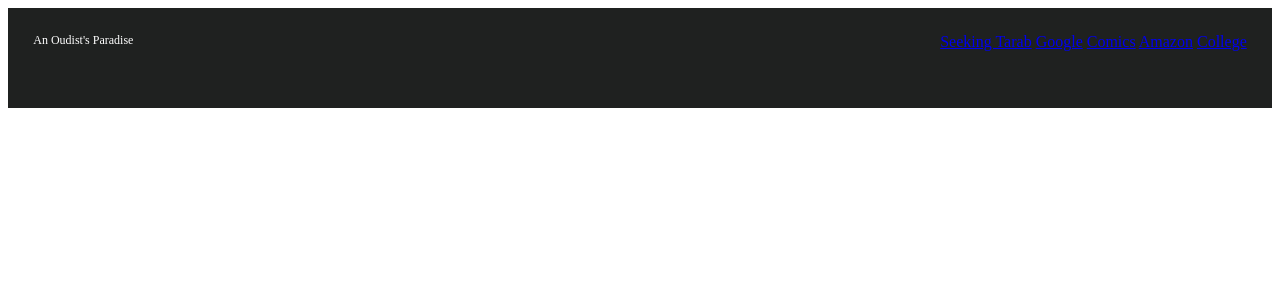
Repository: robvollmar/homework3
Page: index.html
The author's editor kept a record of every edit. The page is drawn from the files as they stood at one moment, then again after the next edit.
The browser window is 1280 px wide. The pictures show the whole page.

Above is the page before.

### index.html
<!DOCTYPE html>
<html>
    <head>
        <link type="text/css" rel="stylesheet" href="stylesheet.css"/>
        <title>An Oudist's Paradise</title>
    </head>
    <body>
        <div class="page">
            <div class="header">
                <div class="headertext">
                An Oudist's Paradise
                </div>

                <div class="headermenu">
                    <a href="http://oudstudent.tumblr.com">Seeking Tarab</a>
                    <a href="http://google.com">Google</a>
                    <a href="http://howlingatthegates.com">Comics</a>
                    <a href="http://amazon.com">Amazon</a>
                    <a href="http://usao.edu">College</a>
                </div>
            </div>
            <div class="body"></div>
            <div class="footer"></div>
        </div>
    </body>
</html>

### stylesheet.css
.page {
    max-width: 1280px;}
.header {
    width: 100%;
    height: 100px;
    background-color: #1F2120;
    }
.headertext {
    width:25%;
    height: 25px;
    color: white;
    font-size: 12px;
    margin-top:25px;
    margin-bottom:25px;
    float: left;
    margin-left: 2%;
}
.headermenu {
    width: 12%
    height: 25px;
    float: right;
    margin-right: 2%;
    margin-top:25px;
    margin-bottom:25px;
        }

After the next edit:
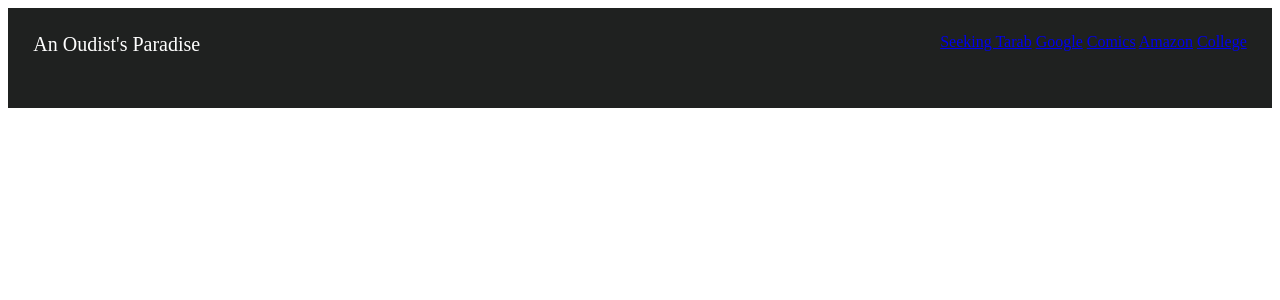
The edit:
--- a/stylesheet.css
+++ b/stylesheet.css
@@ -9,7 +9,7 @@
     width:25%;
     height: 25px;
     color: white;
-    font-size: 12px;
+    font-size: 20px;
     margin-top:25px;
     margin-bottom:25px;
     float: left;
